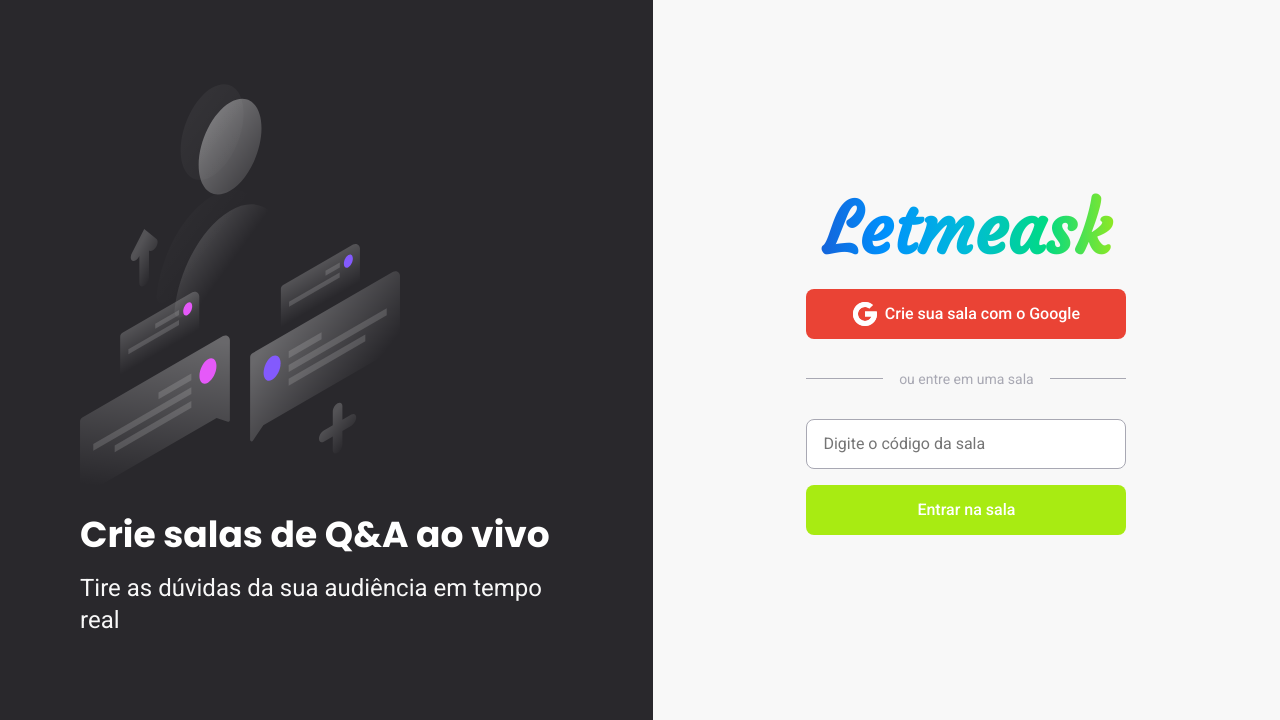
Repository: joaovnogueira/letmeask
Page: /
The author's editor kept a copy of each file at every save. The page is drawn from the files as they stood at one save, then again after a run of saves.
The browser window is 1280 px wide. The pictures show the whole page.
The project was rebuilt for these pictures with package versions that can differ from the ones it lists, and the page was loaded fresh each time. A package was used in the major version that the imports need, not the one package.json lists. Also part of the build but not shown: src/pages/NewRoom.tsx, src/components/Question.tsx, src/styles/room-code.scss, src/components/RoomCode.tsx, src/hooks/useRoom.tsx, src/styles/rooms.scss, src/pages/AdminRoom.tsx. Imported but missing from the stored project, and not drawn on this page: src/pages/Room.

Above is the page before, as saved 2022-03-12 15:21:57.

After the next 2 saves:
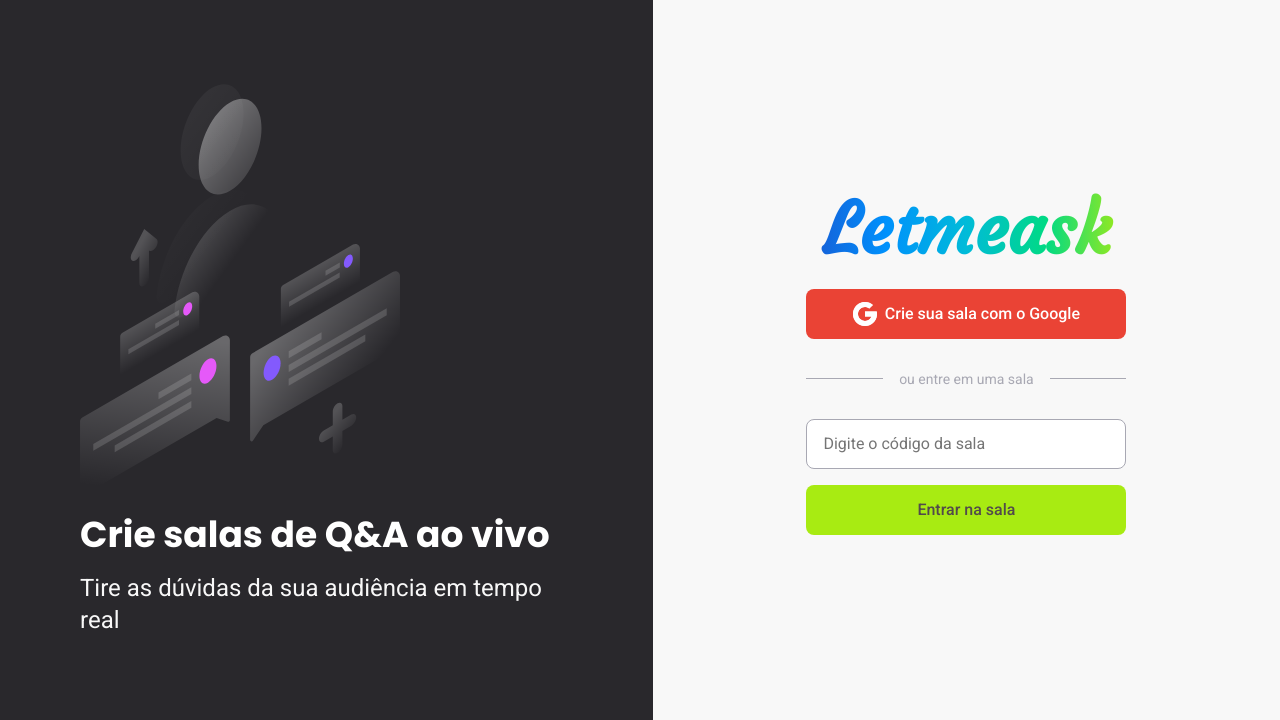
The 2 saves are shown as one change because they came seconds apart.
The last was saved 8 s later.
--- a/src/styles/button.scss
+++ b/src/styles/button.scss
@@ -3,7 +3,7 @@
     border-radius: 8px;
     font-weight: 500;
     background: #a8eb12;
-    color: #fff;
+    color: rgb(82, 75, 75);
     padding: 0 32px;
 
     display: flex;
